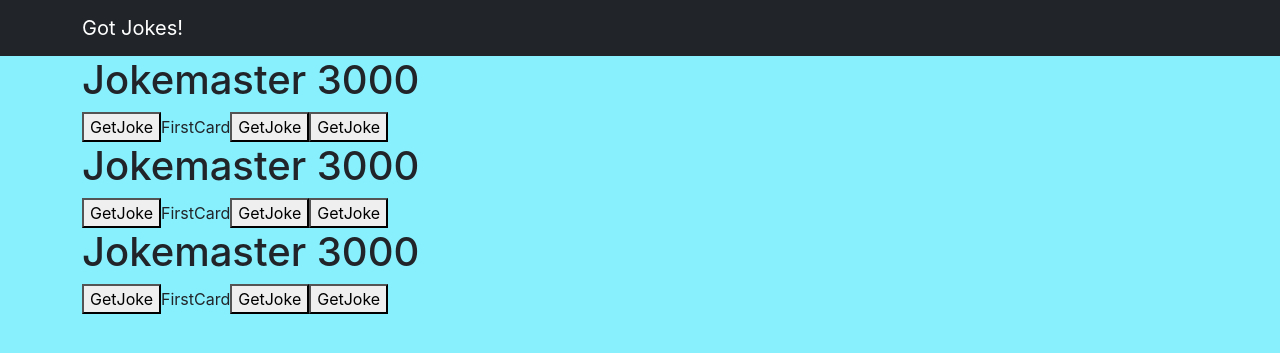
Repository: jontslater/LAB-joke-generator-react
Page: /
These files come from the project's save history. The page is drawn as it stood at one moment and after a run of saves; the edit follows.
The browser window is 1280 px wide. The pictures show the whole page.
The project was rebuilt for these pictures with package versions that can differ from the ones it lists, and the page was loaded fresh each time. The framework's server and built-in components were replaced by stand-ins that run in the browser. Also part of the build but not shown: next.config.js.

Above is the page before, as saved 2024-01-12 15:39:13.

After the next 2 saves:
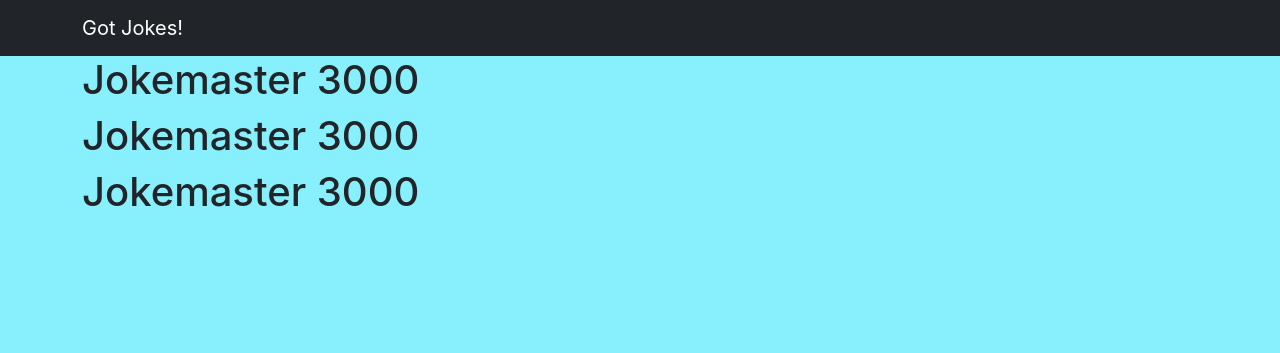
The 2 saves are shown as one change because 1 did not build or start.
The last was saved 57 s later.
--- a/components/Jokes.js
+++ b/components/Jokes.js
@@ -1,6 +1,7 @@
 import { useState } from 'react';
 
 function Jokes({ title }) {
+  const initialValue = 'Get A Joke';
   const [jokes, setJokes] = useState('FirstCard');
 
   function getJokes() {
@@ -17,10 +18,7 @@ function Jokes({ title }) {
   return (
     <>
       <h1>Jokemaster 3000</h1>
-      <button type="button">GetJoke</button>
-      {jokes}
-      <button type="button">GetJoke</button>
-      <button type="button">GetJoke</button>
+      <h1>{jokes.setup}</h1>
     </>
   );
 }
